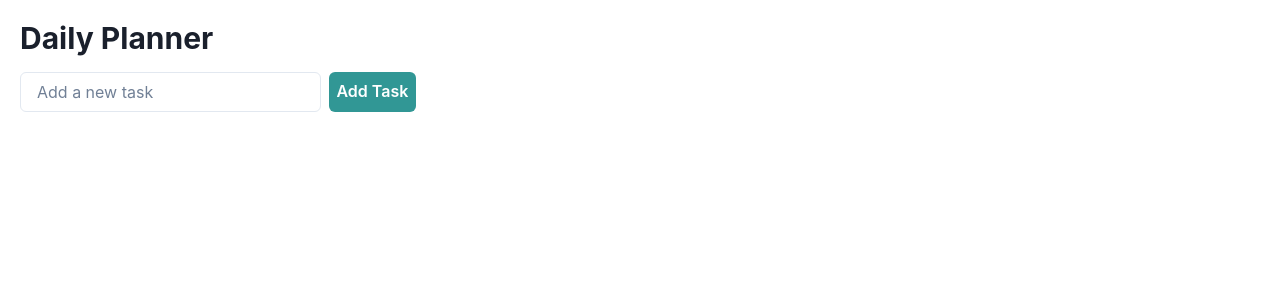
Repository: navnneett/COMP-3170-lab04
Page: /
These files come from the project's save history. The page is drawn as it stood at one moment and after the next save; the edit follows.
The browser window is 1280 px wide. The pictures show the whole page.
The project was rebuilt for these pictures with package versions that can differ from the ones it lists, and the page was loaded fresh each time. Also part of the build but not shown: vite.config.js, src/components/Task.jsx.

Above is the page before, as saved 2024-10-20 20:17:13.

### src/App.jsx
import { useState } from 'react';
import { Box, Heading, VStack, ChakraProvider } from '@chakra-ui/react';
import TaskForm from './components/TaskForm';
import Task from './components/Task';

function App() {
  const [tasks, setTasks] = useState([]);

  const addTask = (taskName) => {
    if (!taskName) return;
    const newTask = { id: Date.now(), name: taskName, completed: false };
    setTasks((prevTasks) => [...prevTasks, newTask]);
  };

  const toggleTask = (id) => {
    setTasks((prevTasks) =>
      prevTasks.map((task) =>
        task.id === id ? { ...task, completed: !task.completed } : task
      )
    );
  };

  const deleteTask = (id) => {
    setTasks((prevTasks) => prevTasks.filter((task) => task.id !== id));
  };

  const remainingTasks = tasks.filter((task) => !task.completed).length;

  return (
    <ChakraProvider>
      <Box p={5}>
      <Heading mb={4} size="lg">Daily Planner</Heading>
        <TaskForm addTask={addTask} />
        <VStack spacing={3} mt={5}>
          {tasks.length > 0 &&
            tasks.map((task) => (
              <Task
                key={task.id}
                task={task}
                toggleTask={toggleTask}
                deleteTask={deleteTask}
              />
            ))}
        </VStack>
      </Box>
    </ChakraProvider>
  );
}

export default App;

### src/components/TaskForm.jsx
import { useState } from 'react';
import { Input, Button, HStack } from '@chakra-ui/react';

function TaskForm({ addTask }) {
  const [taskName, setTaskName] = useState('');

  const handleSubmit = (e) => {
    e.preventDefault();
    addTask(taskName);
    setTaskName(''); // Reset input after submission
  };

  return (
    <form onSubmit={handleSubmit}>
      <HStack>
        <Input
          value={taskName}
          onChange={(e) => setTaskName(e.target.value)}
          placeholder="Add a new task"
          required
        />
        <Button type="submit" colorScheme="teal">
          Add Task
        </Button>
      </HStack>
    </form>
  );
}

export default TaskForm;

Loaded but not shown: index.html (common file); src/main.jsx (common file); src/index.css (common file)

After the next save:
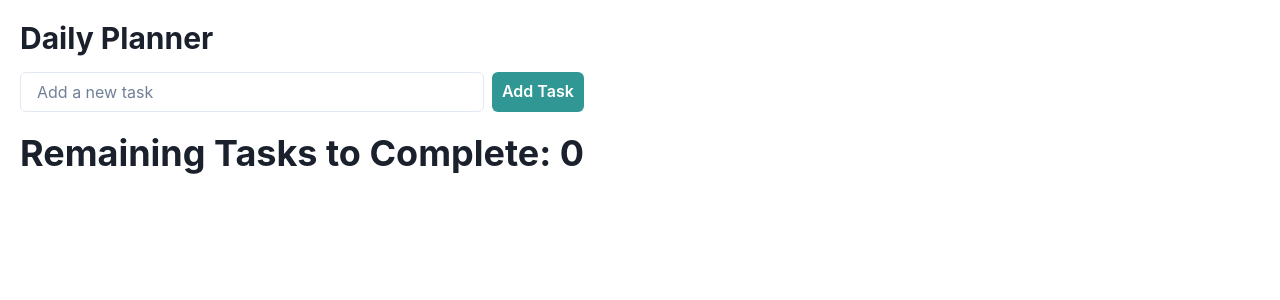
Saved 7 s later.
--- a/src/App.jsx
+++ b/src/App.jsx
@@ -42,6 +42,8 @@ function App() {
               />
             ))}
         </VStack>
+        <Heading mb={6}>Remaining Tasks to Complete: {remainingTasks}</Heading>
+
       </Box>
     </ChakraProvider>
   );
